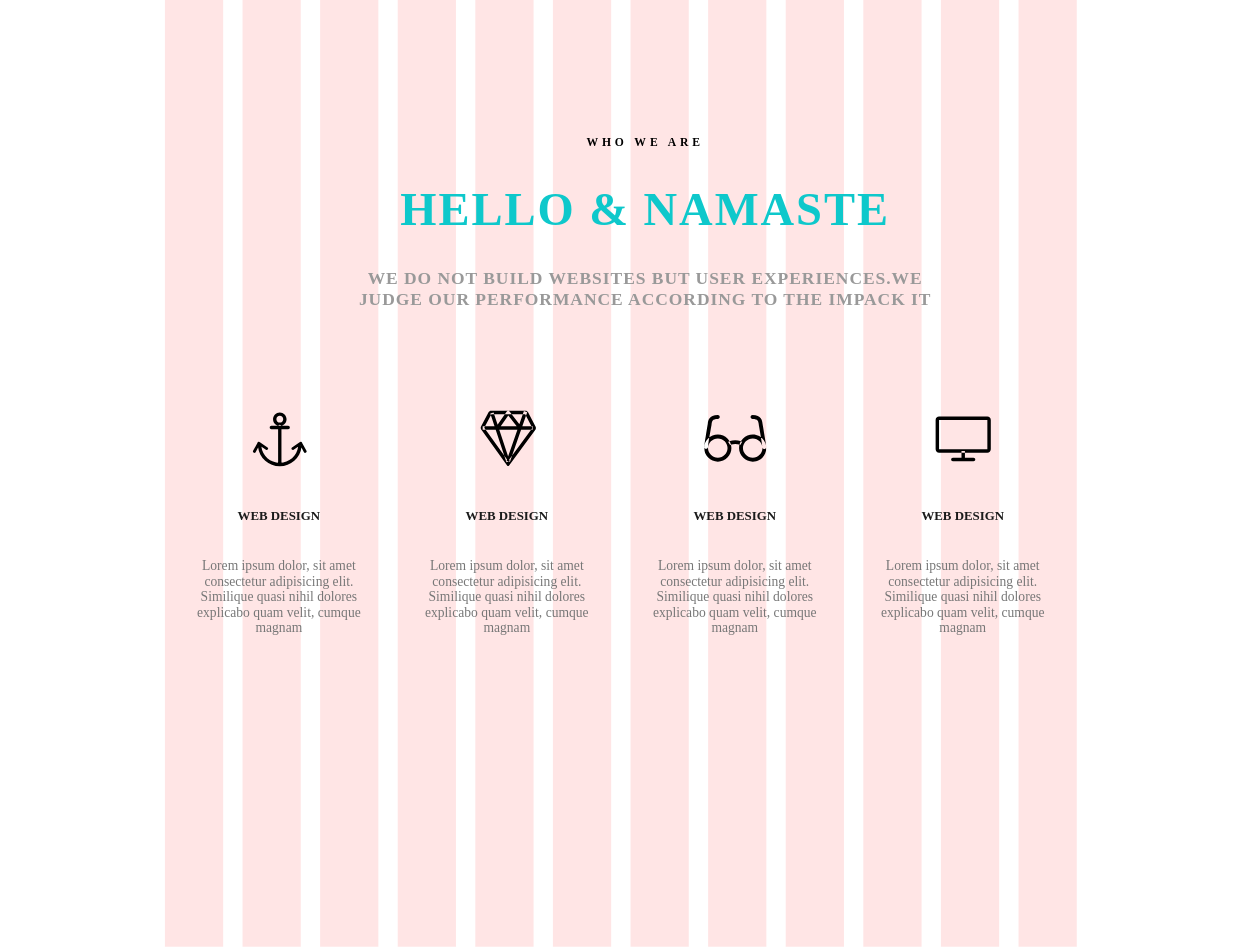
Repository: shpakovskaya/github.io
Page: boxsizing/namastegreen/index.html
The author's editor kept a copy of each file at every save. The page is drawn from the files as they stood at one save, then again after the next save.
The browser window is 1280 px wide. The pictures show the whole page, at 97% of full size.

Above is the page before, as saved 2021-11-24 16:50:15.

### boxsizing/namastegreen/index.html
<!DOCTYPE html>
<html lang="en">
  <head>
    <meta charset="UTF-8" />
    <meta http-equiv="X-UA-Compatible" content="IE=edge" />
    <meta name="viewport" content="width=device-width, initial-scale=1.0" />
    <title>namaste_green</title>
    <link
      rel="stylesheet"
      href="https://cdnjs.cloudflare.com/ajax/libs/normalize/8.0.1/normalize.min.css"
      integrity="sha512-NhSC1YmyruXifcj/KFRWoC561YpHpc5Jtzgvbuzx5VozKpWvQ+4nXhPdFgmx8xqexRcpAglTj9sIBWINXa8x5w=="
      crossorigin="anonymous"
      referrerpolicy="no-referrer"
    />
    <link
      rel="shortcut icon"
      href="./free-icon-sahasrara-5937794.ico"
      type="image/x-icon"
    />
    <!-- Fonts -->
    <link rel="stylesheet" href="./montserrat/Montserrat-Regular.ttf" />
    <link rel="stylesheet" href="./montserrat/Montserrat-Bold.ttf" />
    <link rel="preconnect" href="https://fonts.googleapis.com" />
    <link rel="preconnect" href="https://fonts.gstatic.com" crossorigin />
    <link
      href="https://fonts.googleapis.com/css2?family=PT+Sans&display=swap"
      rel="stylesheet"
    />
    <link rel="stylesheet" href="./style.css" />
  </head>
  <body>
    <!-- Background -->
    <div class="conteiner">
      <img
        src="./img/1b0eb2e9-f134-46c9-915e-629d914347aa (1).png"
        alt="background"
      />
      <!-- Header -->
      <header class="header conteiner">
        <header class="header__wrapper">
          <h5 class="e-header__one">WHO WE ARE</h5>
          <h2 class="e-header__two">HELLO & NAMASTE</h2>
          <h4 class="e-header__three">
            WE DO NOT BUILD WEBSITES BUT USER EXPERIENCES.WE
            <br />JUDGE OUR PERFORMANCE ACCORDING TO THE IMPACK IT
          </h4>
        </header>
      </header>
      <!-- Main content -->
      <div class="wrapper">
        <!-- Anchor item -->
        <div class="c-wrapper__anchor">
          <div class="e-wrapper__anchor">
            <svg
              version="1.2"
              baseprofile="tiny-ps"
              xmlns="http://www.w3.org/2000/svg"
              viewbox="0 0 69 74"
              width="64"
              height="64"
            >
              <path
                id="Anchor"
                class="shp0"
                d="M35 70.19C21.76 70.19 10.62 60.29 9.08 47.16C8.95 46.06 9.73 45.07 10.83 44.94C11.92 44.8 12.92 45.59 13.05 46.69C14.35 57.81 23.79 66.19 35 66.19C46.19 66.19 55.63 57.82 56.95 46.73C57.08 45.63 58.07 44.84 59.17 44.98C60.27 45.11 61.06 46.1 60.92 47.2C59.36 60.31 48.22 70.19 35 70.19ZM35 69.68C33.89 69.68 33 68.79 33 67.68L33 22.56C33 21.45 33.89 20.56 35 20.56C36.1 20.56 37 21.45 37 22.56L37 67.68C37 68.79 36.1 69.68 35 69.68ZM35.03 9.94C37.27 9.94 39.09 11.76 39.09 14C39.09 16.24 37.27 18.06 35.03 18.06C32.79 18.06 30.97 16.24 30.97 14C30.97 11.76 32.79 9.94 35.03 9.94M35.03 5.94C30.58 5.94 26.97 9.55 26.97 14C26.97 18.45 30.58 22.06 35.03 22.06C39.48 22.06 43.09 18.45 43.09 14C43.09 9.55 39.48 5.94 35.03 5.94L35.03 5.94ZM59.4 45.16L51.49 50.54C50.81 50.97 49.89 50.95 49.48 50.25L49.07 49.8C48.67 49.1 48.89 48.18 49.57 47.74L58.67 41.6C58.68 41.59 58.69 41.58 58.7 41.57L59.32 41.17C59.66 40.95 60.05 40.9 60.4 40.99C60.76 41.07 61.09 41.3 61.29 41.65L61.66 42.28C61.67 42.3 61.66 42.31 61.67 42.32L66.81 51.78C67.22 52.48 67 53.39 66.32 53.83L65.75 54.05C65.07 54.48 64.23 54.09 63.82 53.39L59.4 45.16ZM6.18 53.39C5.77 54.09 4.93 54.48 4.25 54.05L3.68 53.83C3 53.39 2.78 52.48 3.19 51.78L8.33 42.32C8.34 42.31 8.33 42.3 8.34 42.28L8.71 41.65C8.91 41.3 9.24 41.07 9.6 40.99C9.95 40.9 10.34 40.95 10.68 41.17L11.3 41.57C11.31 41.58 11.32 41.59 11.33 41.6L20.43 47.74C21.11 48.18 21.33 49.1 20.93 49.8L20.52 50.25C20.11 50.95 19.19 50.97 18.51 50.54L10.6 45.16L6.18 53.39ZM25 22L45 22C46.1 22 47 22.89 47 24C47 25.1 46.1 26 45 26L25 26C23.9 26 23 25.1 23 24C23 22.89 23.9 22 25 22Z"
              />
            </svg>
          </div>
          <div class="title">
            <h5 class="title__anchor">WEB DESIGN</h5>
          </div>
          <div class="text__anchor">
            <span
              >Lorem ipsum dolor, sit amet consectetur adipisicing elit.
              Similique quasi nihil dolores explicabo quam velit, cumque magnam
            </span>
          </div>
        </div>
        <!-- Diamond item -->
        <div class="c-wrapper__diamond">
          <div class="e-wrapper__diamond">
            <svg
              version="1.2"
              baseprofile="tiny-ps"
              xmlns="http://www.w3.org/2000/svg"
              viewbox="0 0 74 72"
              width="66"
              height="64"
            >
              <path
                id="Diamond"
                class="shp0"
                d="M57.75 7.98L66.06 23.88L37.94 62.17L10.27 23.59L18.57 7.98L57.75 7.98M58.17 3.98L18.17 3.98C17.07 3.98 15.74 4.77 15.23 5.75L6.51 22.14C5.99 23.11 6.09 24.63 6.73 25.53L36.74 67.35C37.06 67.8 37.49 68.03 37.91 68.03C38.34 68.03 38.76 67.81 39.09 67.36L69.58 25.85C70.23 24.96 70.35 23.44 69.84 22.47L61.09 5.75C60.58 4.78 59.27 3.98 58.17 3.98L58.17 3.98ZM66.42 25.98L8.42 25.98L8.42 21.98L66.42 21.98L66.42 25.98ZM36.02 63.61L17.27 7.11L21.06 5.85L39.81 62.35L36.02 63.61ZM39.96 63.18L36.18 61.86L56.28 4.32L60.06 5.64L39.96 63.18ZM27.14 25.12L23.86 22.83L36.39 4.83C36.76 4.31 37.35 3.99 37.98 3.97C38.59 3.98 39.22 4.24 39.61 4.75L53.08 22.08L49.92 24.54L38.12 9.35L27.14 25.12Z"
              />
            </svg>
          </div>
          <div class="title">
            <h5 class="title__diamond">WEB DESIGN</h5>
          </div>
          <div class="text__diamond">
            <span
              >Lorem ipsum dolor, sit amet consectetur adipisicing elit.
              Similique quasi nihil dolores explicabo quam velit, cumque magnam
            </span>
          </div>
        </div>
        <!-- Eyeglasses item -->
        <div class="c-wrapper__eyeglasses">
          <div class="e-wrapper__eyeglasses">
            <svg
              version="1.2"
              baseprofile="tiny-ps"
              xmlns="http://www.w3.org/2000/svg"
              viewbox="0 0 64 48"
              width="64"
              height="64"
            >
              <path
                id="Eyeglasses"
                class="shp0"
                d="M1.91 34.69C1.86 34.69 1.81 34.69 1.77 34.69C0.66 34.61 -0.17 33.65 -0.09 32.55C-0.03 31.68 3.03 12.72 3.54 9.66C3.59 9.37 3.62 9.06 3.67 8.73C4.06 5.65 4.79 -0.06 14.01 -0.06C15.12 -0.06 16.01 0.83 16.01 1.94C16.01 3.04 15.12 3.94 14.01 3.94C8.31 3.94 8.01 6.28 7.63 9.24C7.59 9.62 7.54 9.98 7.48 10.32C7.09 12.7 4.32 26.99 3.9 32.83C3.83 33.89 2.95 34.69 1.91 34.69ZM62.09 34.82C61.05 34.82 59.97 34.01 59.9 32.96C59.48 27.12 56.71 12.7 56.32 10.32C56.26 9.98 56.21 9.62 56.17 9.24C55.79 6.28 55.49 3.94 49.79 3.94C48.69 3.94 47.79 3.04 47.79 1.94C47.79 0.83 48.69 -0.06 49.79 -0.06C59.01 -0.06 59.74 5.65 60.13 8.73C60.18 9.06 60.21 9.37 60.26 9.66C60.77 12.72 64.03 31.81 64.09 32.67C64.17 33.78 63.34 34.73 62.23 34.81C62.19 34.82 62.14 34.82 62.09 34.82ZM14.08 24.02C19.58 24.02 24.04 28.48 24.04 33.98C24.04 39.47 19.58 43.94 14.08 43.94C8.57 43.94 3.92 39.38 3.92 33.98C3.92 28.58 8.57 24.02 14.08 24.02M14.08 20.02C6.37 20.02 -0.08 26.27 -0.08 33.98C-0.08 41.69 6.37 47.94 14.08 47.94C21.79 47.94 28.04 41.69 28.04 33.98C28.04 26.27 21.79 20.02 14.08 20.02L14.08 20.02ZM50.08 24.02C55.57 24.02 60.04 28.48 60.04 33.98C60.04 39.47 55.57 43.94 50.08 43.94C44.57 43.94 39.91 39.38 39.91 33.98C39.91 28.58 44.57 24.02 50.08 24.02M50.08 20.02C42.37 20.02 35.91 26.27 35.91 33.98C35.91 41.69 42.37 47.94 50.08 47.94C57.79 47.94 64.04 41.69 64.04 33.98C64.04 26.27 57.79 20.02 50.08 20.02L50.08 20.02ZM26.87 30.96L24.69 27.6C24.97 27.42 27.51 25.83 31.98 25.83C36.25 25.83 38.86 27.23 39.15 27.39L37.18 30.88C37.18 30.88 35.21 29.83 31.98 29.83C28.71 29.83 26.89 30.94 26.87 30.96Z"
              />
            </svg>
          </div>
          <div class="title">
            <h5 class="title__eyeglasses">WEB DESIGN</h5>
          </div>
          <div class="text__eyeglasses">
            <span
              >Lorem ipsum dolor, sit amet consectetur adipisicing elit.
              Similique quasi nihil dolores explicabo quam velit, cumque magnam
            </span>
          </div>
        </div>
        <!-- Monitor item -->
        <div class="c-wrapper__monitor">
          <div class="e-wrapper__monitor">
            <svg
              version="1.2"
              baseprofile="tiny-ps"
              xmlns="http://www.w3.org/2000/svg"
              viewbox="0 0 72 65"
              width="64"
              height="64"
            >
              <path
                id="Monitor"
                class="shp0"
                d="M64 10.98L64 44.99L8 44.99L8 10.98L64 10.98M64 6.98L8 6.98C5.8 6.98 4 8.78 4 10.98L4 44.99C4 47.19 5.8 48.99 8 48.99L64 48.99C66.2 48.99 68 47.19 68 44.99L68 10.98C68 8.78 66.2 6.98 64 6.98L64 6.98ZM38 47L38 55L48 55C49.1 55 50 55.9 50 57C50 58.1 49.1 59 48 59L24 59C22.9 59 22 58.1 22 57C22 55.9 22.9 55 24 55L34 55L34 47L38 47Z"
              />
            </svg>
          </div>
          <div class="title">
            <h5 class="title__monitor">WEB DESIGN</h5>
          </div>
          <div class="text__monitor">
            <span
              >Lorem ipsum dolor, sit amet consectetur adipisicing elit.
              Similique quasi nihil dolores explicabo quam velit, cumque magnam
            </span>
          </div>
        </div>
      </div>
    </div>
  </body>
</html>

### boxsizing/namastegreen/style.css
* {
  margin: 0;
  padding: 0;
  box-sizing: border-box;
}

.conteiner {
  max-width: 1280px;
  max-height: 976px;
  position: relative;
}

/* Header */
.header {
  position: absolute;
  top: 0px;
  left: 370px;
}

.header__wrapper {
  margin-top: 140px;
  text-align: center;
  /* display: flex;
  flex-direction: column; */
  /* justify-content: center; */
}
.e-header__one {
  font-size: 12px;
  font-family: Montserrat bold;
  letter-spacing: 4px;
  margin-bottom: 34px;
}

.e-header__two {
  font-size: 48px;
  font-family: Montserrat regular;
  color: #0ec8cb;
  margin-bottom: 34px;
  letter-spacing: 2px;
}

.e-header__three {
  font-size: 18px;
  letter-spacing: 1px;
  color: #999999;
}

/* Items */
.wrapper {
  position: absolute;
  top: 420px;
  left: 170px;
  display: flex;
  flex-direction: row;
  text-align: center;

  max-width: 940px;
  min-height: 418px;
}

.e-wrapper__anchor {
  display: inline-block;
  align-content: center;
}

/* Title */
.title {
  color: #1b1b1b;
  margin: 36px;
}

/* Text */
.text__diamond,
.text__anchor,
.text__eyeglasses,
.text__monitor {
  margin: 32px;
  color: #777777;
  font-size: 14px;
}

/* Items hover */
#Anchor:hover {
  fill: white;
}

#Eyeglasses:hover {
  fill: white;
}
#Monitor:hover {
  fill: white;
}

#Diamond:hover {
  fill: white;
}

After the next save:
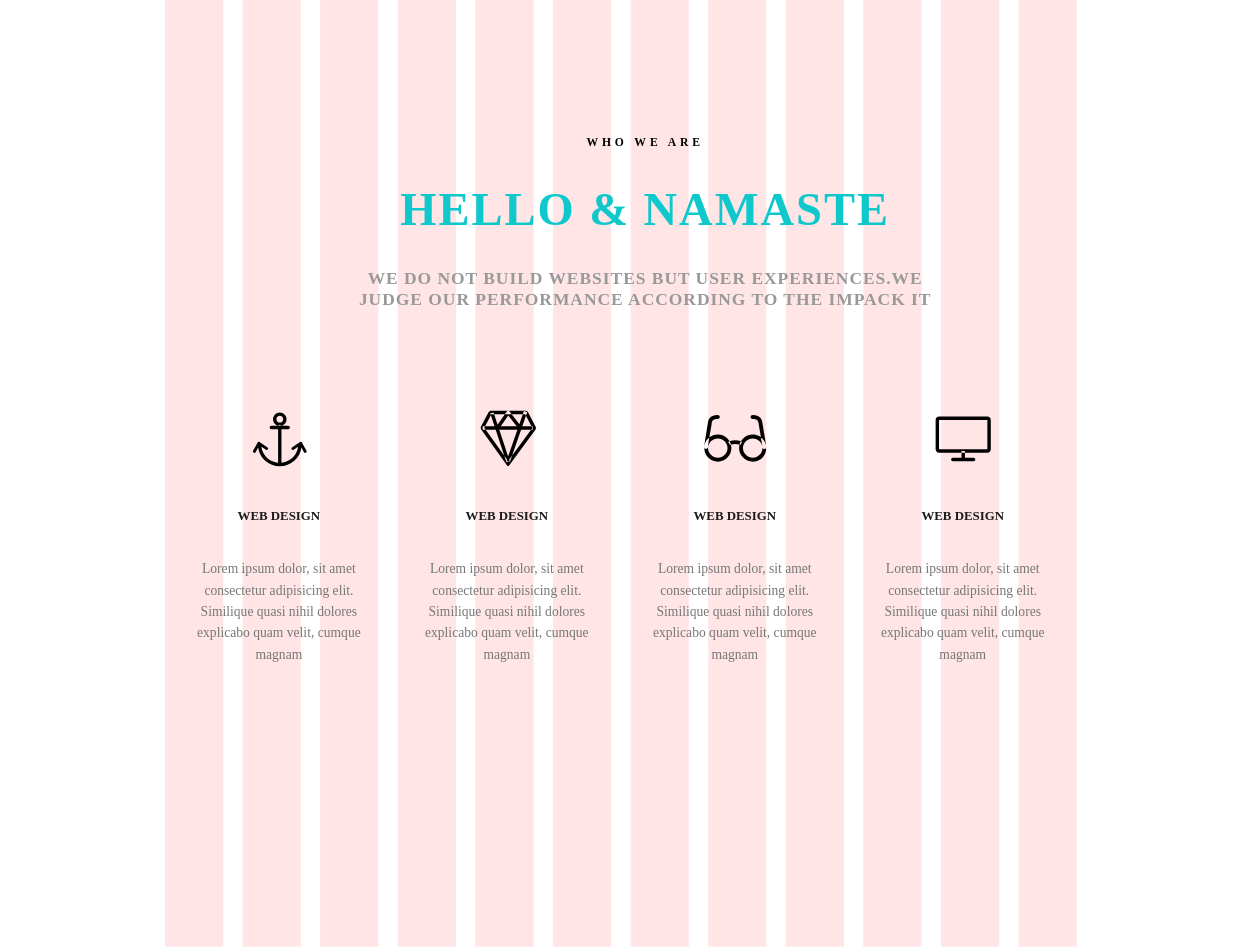
Saved 50 s later.
--- a/boxsizing/namastegreen/style.css
+++ b/boxsizing/namastegreen/style.css
@@ -77,6 +77,8 @@
   margin: 32px;
   color: #777777;
   font-size: 14px;
+
+  line-height: 22px;
 }
 
 /* Items hover */
